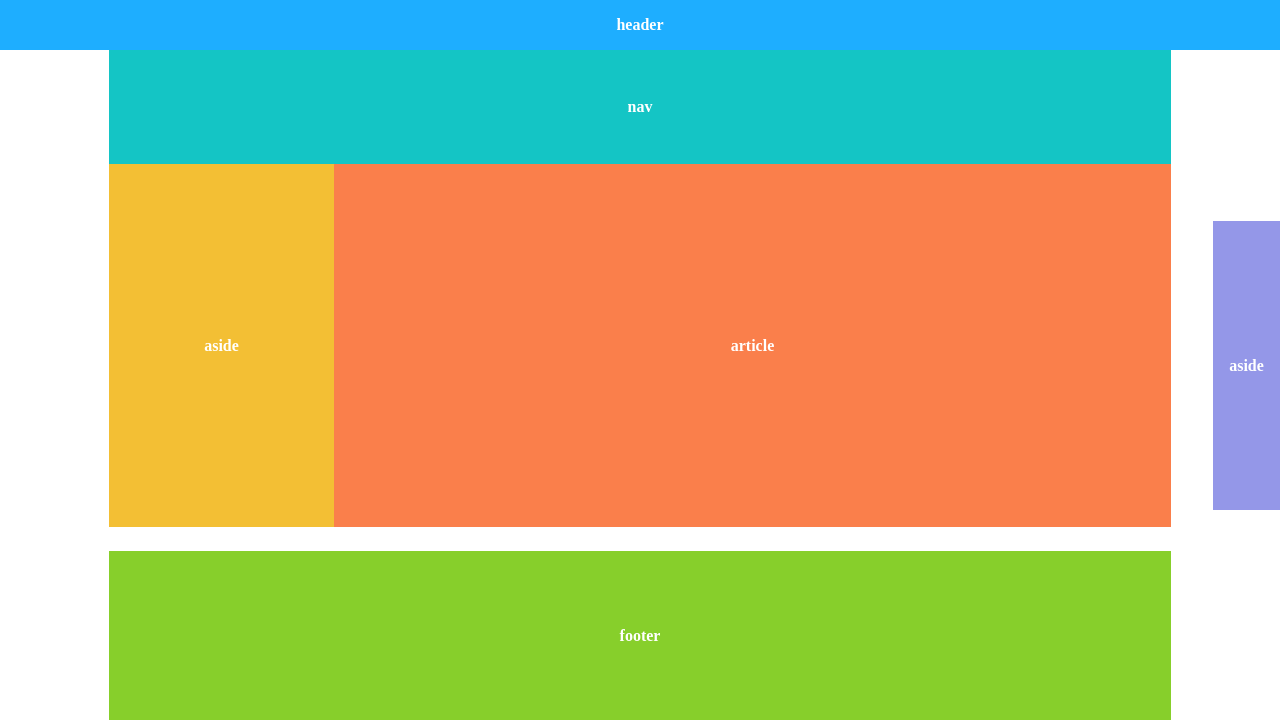
Repository: kirtonew/Compeititon2022-1
Page: node/新媒体设计/第三周/3.1/3.1.html
The author's editor kept a copy of each file at every save. The page is drawn from the files as they stood at one save, then again after the next save.
The browser window is 1280 px wide. The pictures show the whole page.

Above is the page before, as saved 2022-09-26 17:44:07.

### node/新媒体设计/第三周/3.1/3.1.html
<!DOCTYPE html>
<html lang="en">
<head>
    <meta charset="UTF-8">
    <meta http-equiv="X-UA-Compatible" content="IE=edge">
    <meta name="viewport" content="width=device-width, initial-scale=1.0">
    <link rel="stylesheet" href="3.1.css">
    <title>Document</title>

</head>
<body>
    <header class = "header-title">header</header>
    <header class = "header-navigation">nav</header>
    <main class = 'main'>
        <nav>aside</nav>
        <section>article</section>
    </main>
    <aside class = "aside">aside </aside>
    <footer class = "footer">footer</section>
</body>
</html>

### node/新媒体设计/第三周/3.1/3.1.css
* {
    color: #fff;
    font-weight: bold;
    margin: 0px;
    padding: 0px;
}

.header-title {
    background-color: #1eaeff;
    text-align: center;
    line-height: 50px;
}

.header-navigation {
    width: 1062px;
    margin: 0 auto;
    background-color: #14c5c5;
    line-height: 114px;
    text-align: center;
}

.main {
    width: 1062px;
    height: 363px;
    margin: 0 auto;
    margin-bottom: 24px;
    background-color: red;
}

.main>nav {
    float: left;
    width: 225px;
    line-height: 363px;
    text-align: center;
    background-color: #f3bf34;
}

.main>section {
    float: right;
    width: 837px;
    line-height: 363px;
    text-align: center;
    background-color: #fa7f4b;
}

.aside {
    position: fixed;
    top: 221px;
    right: 0px;
    width: 67px;
    line-height: 289px;
    text-align: center;
    background-color: #9497e8;
}

.footer {
    width: 1062px;
    margin: 0 auto;
    line-height: 169px;
    text-align: center;
    background-color: #87cf2b;
}

After the next save:
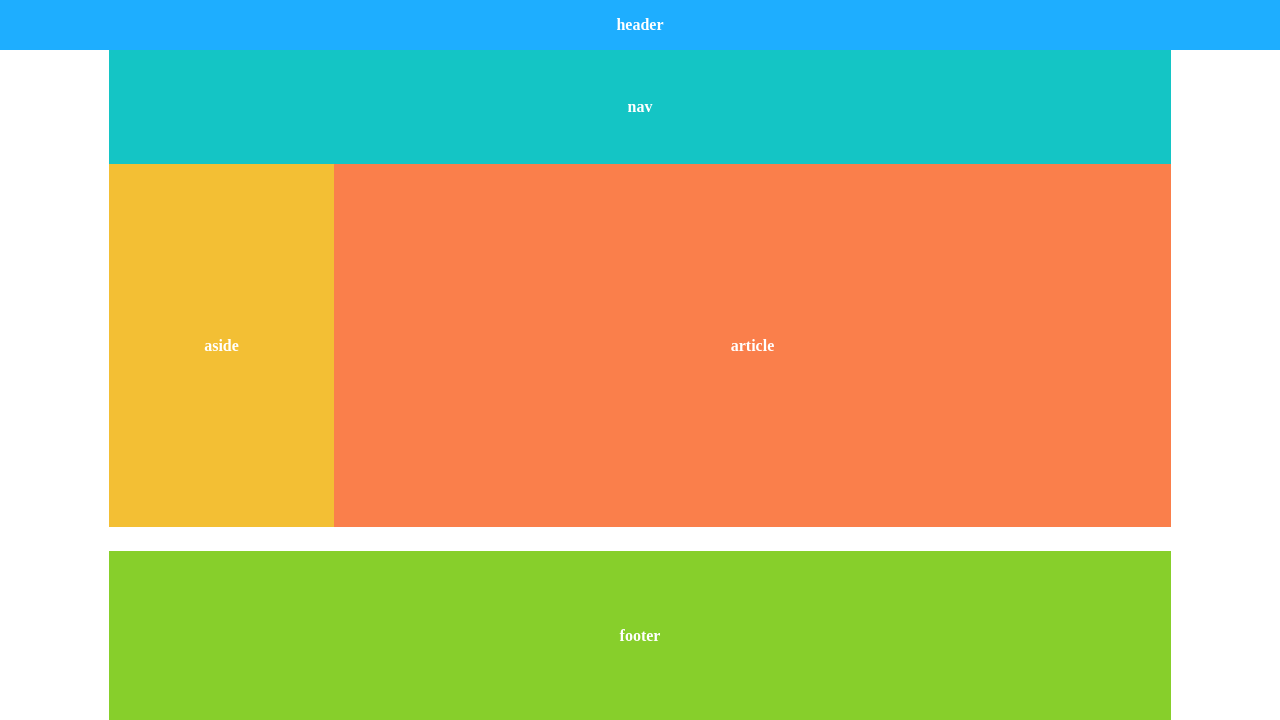
Saved 28 s later.
--- a/node/新媒体设计/第三周/3.1/3.1.html
+++ b/node/新媒体设计/第三周/3.1/3.1.html
@@ -15,7 +15,7 @@
         <nav>aside</nav>
         <section>article</section>
     </main>
-    <aside class = "aside">aside </aside>
+
     <footer class = "footer">footer</section>
 </body>
 </html>
